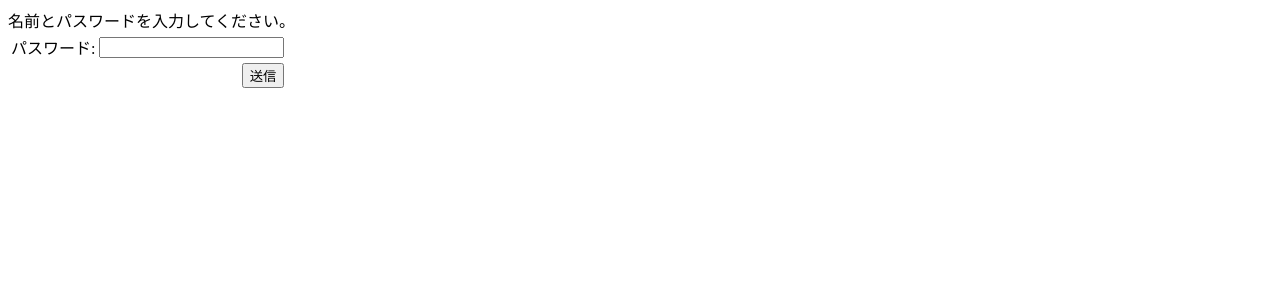
Repository: NoriakiYasumura/test01
Page: http://localhost/WebProj3/WelcomeAction.action
The author's editor kept a copy of each file at every save. The page is drawn from the files as they stood at one save, then again after the next save.
The browser window is 1280 px wide. The pictures show the whole page.
The page is served by Tomcat 9.

Above is the page before, as saved 2019-03-27 01:25:42.

After the next save:
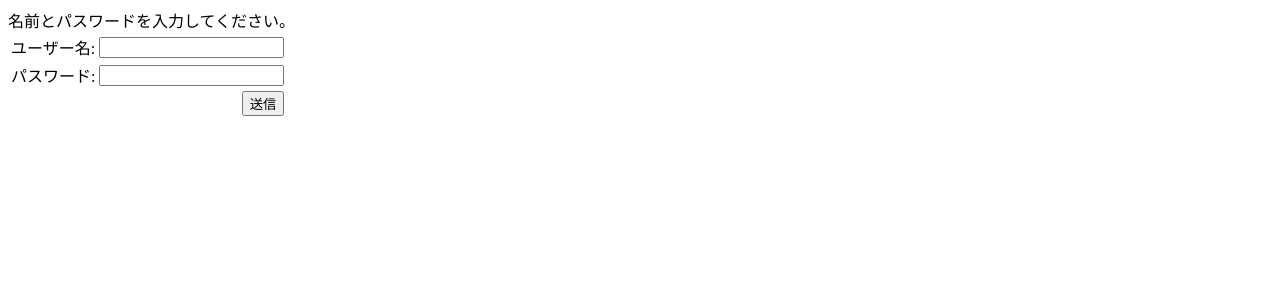
Saved 2 min 25 s later.
--- a/WebProj3/WebContent/welcome.jsp
+++ b/WebProj3/WebContent/welcome.jsp
@@ -10,8 +10,8 @@
 	<body>
 		名前とパスワードを入力してください。
 		<s:form method="post" action="LoginAction">
-			<s;textfield name="username" label="ユーザー名"/>
-			<s:password name="password" label="パスワード"/>
+			<s:textfield name="username" label="ユーザー名" />
+			<s:password name="password" label="パスワード" />
 			<s:submit value="送信"/>
 		</s:form>
 	</body>
